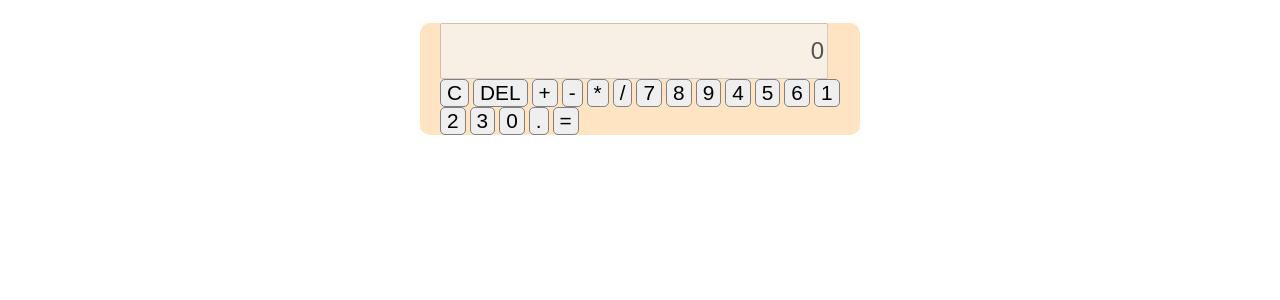
Repository: jaskeat/Calculator
Page: index.html
The author's editor kept a copy of each file at every save. The page is drawn from the files as they stood at one save, then again after the next save.
The browser window is 1280 px wide. The pictures show the whole page.

Above is the page before, as saved 2024-09-05 09:08:08.

### index.html
<!DOCTYPE html>
<html lang="en">
	<head>
		<meta charset="UTF-8" />
		<meta name="viewport" content="width=device-width, initial-scale=1.0" />
		<title>Calculator</title>
		<link rel="stylesheet" href="style.css" />
	</head>
	<body>
		<div class="calculator">
			<div class="display">
				<input type="text" class="display-input" value="0" disabled />
			</div>
			<div class="buttons">
				<button class="btn" onclick="clearDisplay()">C</button>
				<button class="btn" onclick="deleteLast()">DEL</button>
				<button class="btn" onclick="append('+')">+</button>
				<button class="btn" onclick="append('-')">-</button>
				<button class="btn" onclick="append('*')">*</button>
				<button class="btn" onclick="append('/')">/</button>
				<button class="btn" onclick="append('7')">7</button>
				<button class="btn" onclick="append('8')">8</button>
				<button class="btn" onclick="append('9')">9</button>
				<button class="btn" onclick="append('4')">4</button>
				<button class="btn" onclick="append('5')">5</button>
				<button class="btn" onclick="append('6')">6</button>
				<button class="btn" onclick="append('1')">1</button>
				<button class="btn" onclick="append('2')">2</button>
				<button class="btn" onclick="append('3')">3</button>
				<button class="btn" onclick="append('0')">0</button>
				<button class="btn" onclick="append('.')">.</button>
				<button class="btn" onclick="calculate()">=</button>
			</div>
		</div>
		<script src="script.js"></script>
	</body>
</html>

### style.css
body {
	display: flex;
	justify-content: center;
	align-items: center;
}

.calculator {
	width: 400px;
	max-width: 600px;
	margin: 15px;
	padding: 0 20px;
	background-color: bisque;
	border-radius: 10px;
}

.btn {
	border-radius: 5px;
	border: 1px grey solid;
	font-size: 1.3rem;
}

input {
	width: 380px;
	height: 50px;
	font-size: 1.5rem;
	text-align: right;
}

Loaded but not shown: script.js (no copy from this time; the picture is the same without it)

After the next save:
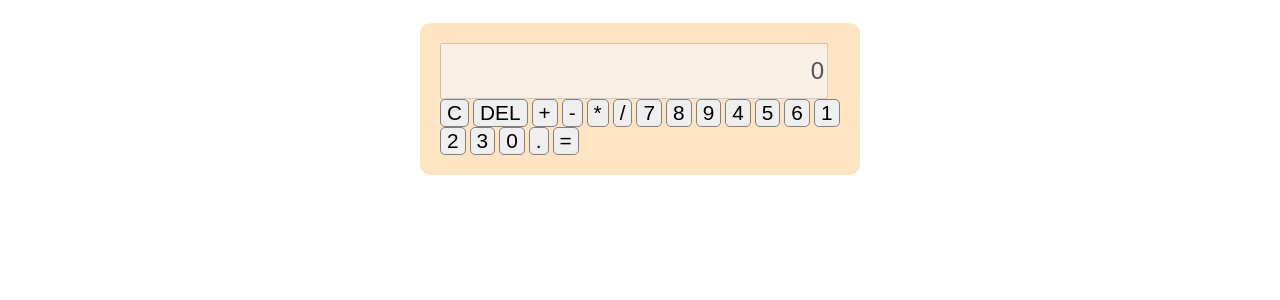
Saved 7 s later.
--- a/style.css
+++ b/style.css
@@ -8,7 +8,7 @@ body {
 	width: 400px;
 	max-width: 600px;
 	margin: 15px;
-	padding: 0 20px;
+	padding: 20px;
 	background-color: bisque;
 	border-radius: 10px;
 }
